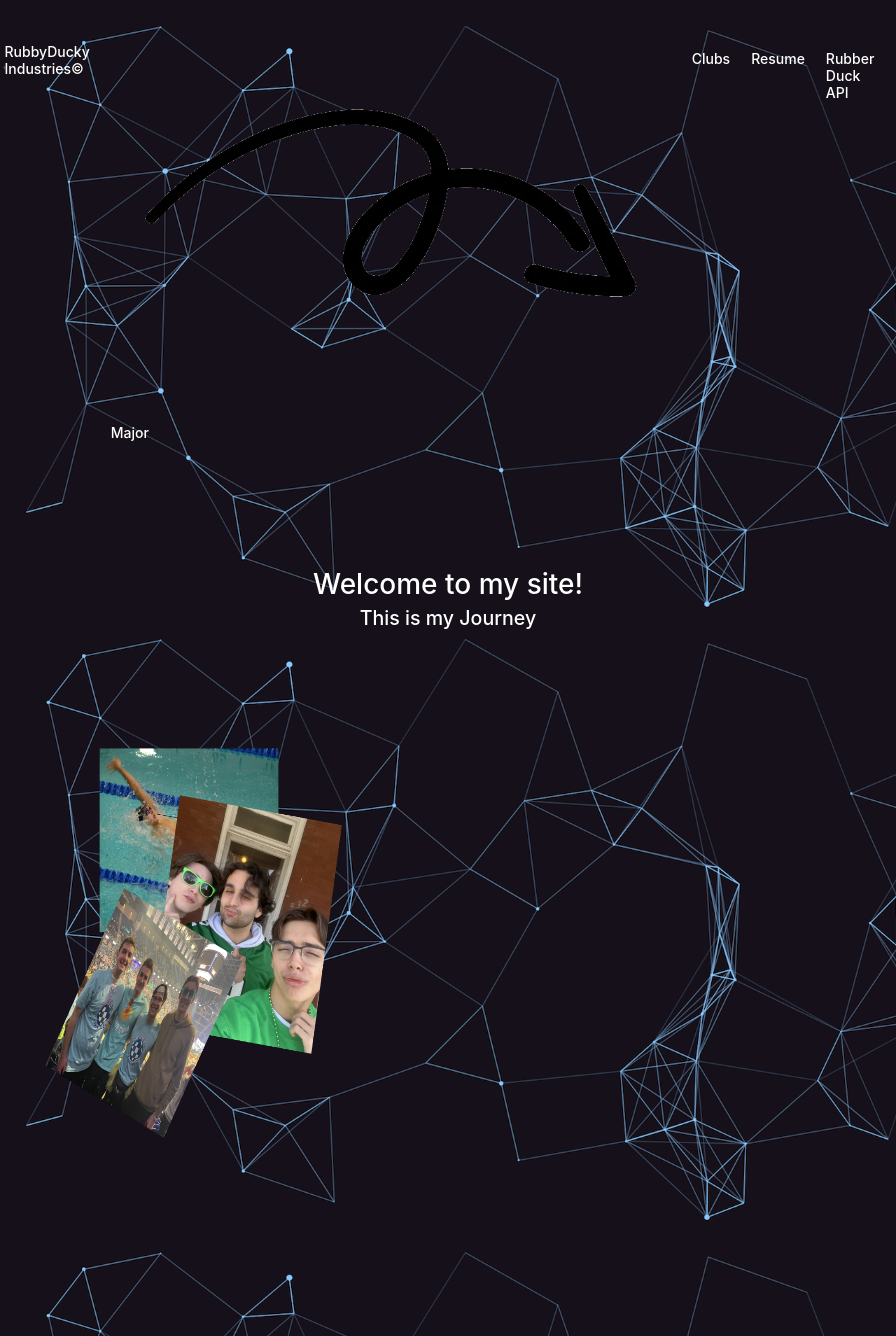
Repository: newcoder69/IST-256
Page: index.html
These files come from the project's save history. The page is drawn as it stood at one moment and after the next save; the edit follows.
The browser window is 1280 px wide. The pictures show the whole page, at 70% of full size.

Above is the page before, as saved 2024-02-28 23:36:03.

### index.html
<!DOCTYPE html>
<HTML lang="en">
<link rel="stylesheet" href="indexstyles.css">
<link rel="stylesheet" href="https://cdn.jsdelivr.net/npm/bootstrap@4.6.2/dist/css/bootstrap.min.css" integrity="sha384-xOolHFLEh07PJGoPkLv1IbcEPTNtaed2xpHsD9ESMhqIYd0nLMwNLD69Npy4HI+N" crossorigin="anonymous">

<head>


</head>

<body>
    <nav>
        <div class="navbar">
            <div class="navbar-contents">
                <ul>
                    <li id="title">
                        <a href="index.html" >
                            <img id= arrow src="voro-rubber-ducky-02_1200x (1).png" style="width: 50px;">
                            <span><h5>RubbyDucky Industries&copy;</h5></span>
                        </a>
                    </li>

                    <li>
                        <a class="nav-button" href="myMajor.html">
                            <img id="arrowpic" src="arrow.png">

                            <h5>Major</h5>
                        </a>
                    </li>

                    <li>
                        <a class="nav-button" href="myMajor.html">
                            <h5>Clubs</h5>
                        </a>
                    </li>

                    <li>
                        <a class="nav-button" href="myMajor.html">
                           <h5>Resume</h5>
                        </a>
                    </li>

                    <li>
                        <a class="nav-button" href="myMajor.html">
                            <h5>Rubber Duck API</h5>
                        </a>
                    </li>
                </ul>
            </div>
        </div>
       </nav>



       <h1 id="caption1">Welcome to my site!</h1>
       <h3 id="caption2">This is my Journey</h3>

       <img  id="imggroup1" src="imagegroup1.png">
</body>


</HTML>

### indexstyles.css
.navbar-contents{
    display: flex;
    justify-content: space-between;
    align-items: center;
    width: 100%;
    margin-top: 25px;
    background-color:dark;

}

.navbar{
    position: static;
    top: 0;
}

.navbar-contents ul{
    display: flex;
    list-style: none;
    padding: 0;
    margin: 0;
    justify-content: flex-end;
    width: 100%;
}

.navbar-contents li{
    padding: 15px;

}

#title{
    flex-grow: 1;;
}

#title a{
    display: flex;
    align-items:center;
    text-decoration:none;
    color:white

}

#title a span{
    margin-top: 15px;
}

.nav-button h5{
    margin-top: 25px;
    color:white;
}

#caption1{
    text-align: center;
    margin-top: 150px;
    color:white
}

#caption2{
    text-align: center;
    color:white
}

body{
    background-image: url(compute-ea4c57a4.png)
}

#imggroup1{
    /* display: block; */
    margin-left: auto;
    margin-right: auto;
    height: 1000px;
    position: relative;
    left: -250px;
    width: 100%;



}

#imggroup1:hover{

    animation: movepictures .5s forwards ;


}
#imggroup1:not(:hover){
    animation: movePicturesBack .5 backwards;
}

@keyframes movepictures
{
    from{
        transform:translateX(0);
    }
    to{
        transform: translateX(250px);
    }
}

@keyframes movePicturesBack {

    from{
        transform: translateX(0);
    }
    to{
        transform: translateX(-250px);
    }

}

.instructions{
    color:white
}

.image-container{
    position: relative;
    display: inline-block;
}

.text-underImage{
    position: absolute;
    bottom: 0;
    left: 0;
    width: 100%;
    color:white;
    text-align:center;
    padding: 10px 0;
}

After the next save:
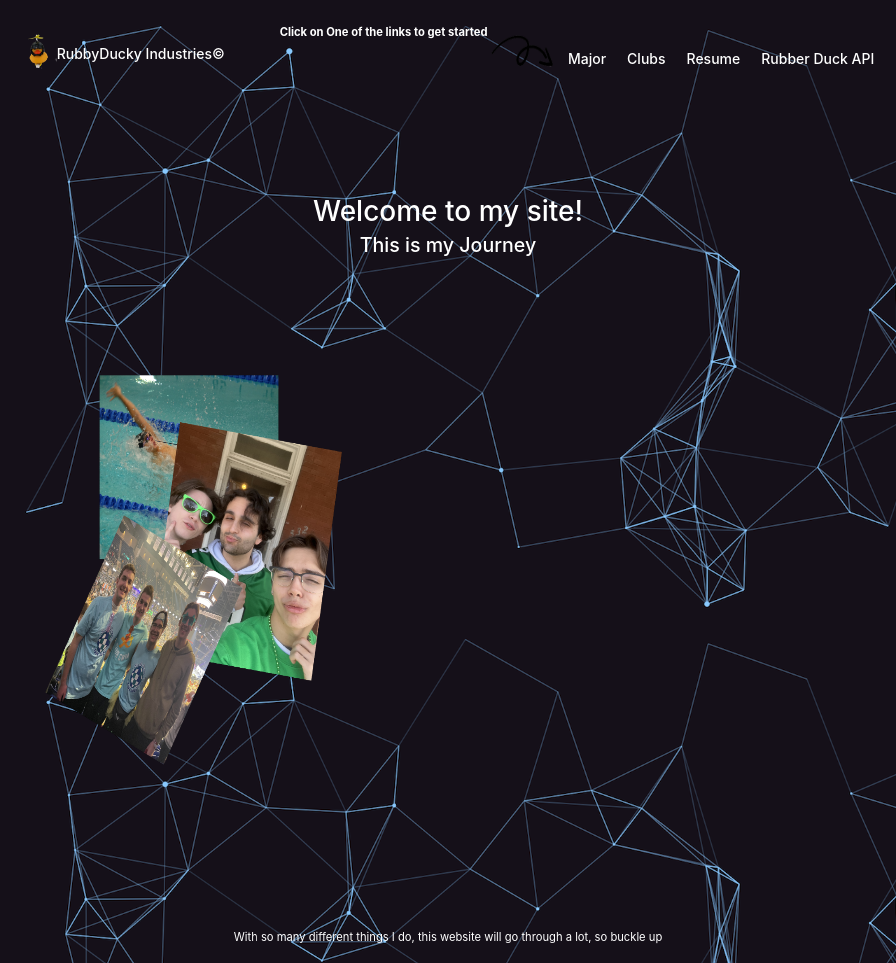
Saved 3 s later.
--- a/index.html
+++ b/index.html
@@ -19,12 +19,16 @@
                             <span><h5>RubbyDucky Industries&copy;</h5></span>
                         </a>
                     </li>
+                    <p class="instructions"> <b>Click on One of the links to get started</b>
+                    </p>
+                    <img id="arrowpic" src="arrow.png" style="width: 100px; vertical-align: middle; ;">
+                    <li>
 
-                    <li>
                         <a class="nav-button" href="myMajor.html">
-                            <img id="arrowpic" src="arrow.png">
 
                             <h5>Major</h5>
+
+
                         </a>
                     </li>
 
@@ -55,7 +59,12 @@
        <h1 id="caption1">Welcome to my site!</h1>
        <h3 id="caption2">This is my Journey</h3>
 
-       <img  id="imggroup1" src="imagegroup1.png">
+    <div class="image-container">
+        <img  id="imggroup1" src="imagegroup1.png">
+        <div class="text-underImage">
+            <p>With so many different things I do, this website will go through a lot, so buckle up</p>
+        </div>
+    </div>
 </body>
 
 
